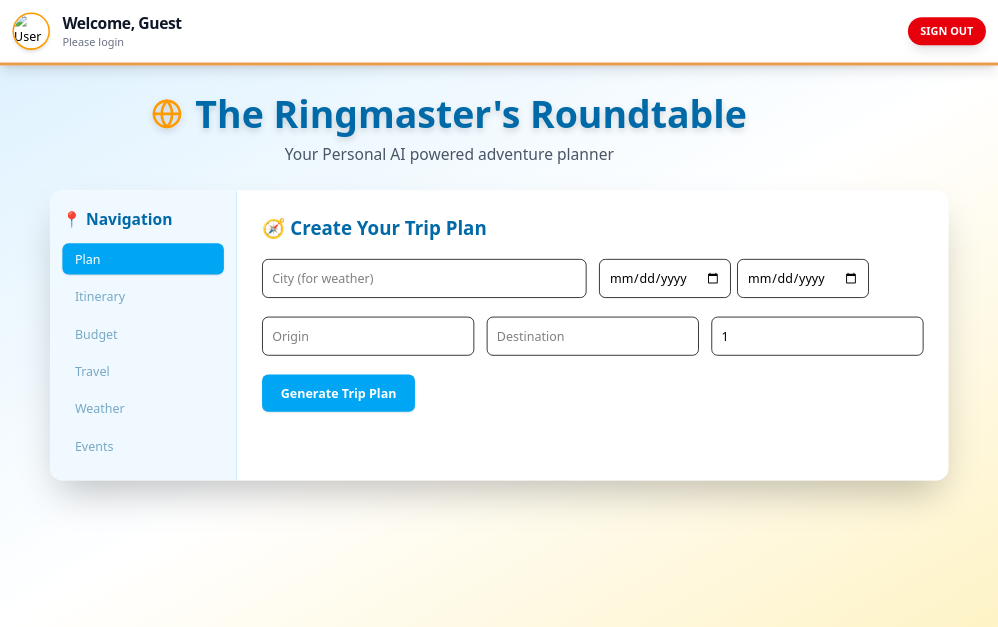
Repository: vega2006/The-Ringmaster-s-Roundtable
Page: /dashboard (app in client/)
An editor plug-in stored every save of this project. The page is shown before and after the next save, followed by the edit.
The browser window is 1280 px wide. The pictures show the whole page, at 78% of full size.
The page's requests for data from a server got no answer. The project was rebuilt for these pictures with package versions that can differ from the ones it lists, and the page was loaded fresh each time. No one was signed in, and anything a server would have sent is missing. Also part of the build but not shown: client/vite.config.js, client/src/components/GoogleLogin.jsx, client/src/components/NotFound.jsx, client/src/components/WeatherContent.jsx, client/src/components/TravelContent.jsx, client/src/components/ItineraryContent.jsx, client/src/components/BudgetContent.jsx, client/src/components/EventsContent.jsx and 1 more.

Above is the page before, as saved 2025-10-08 23:02:11.

After the next save:
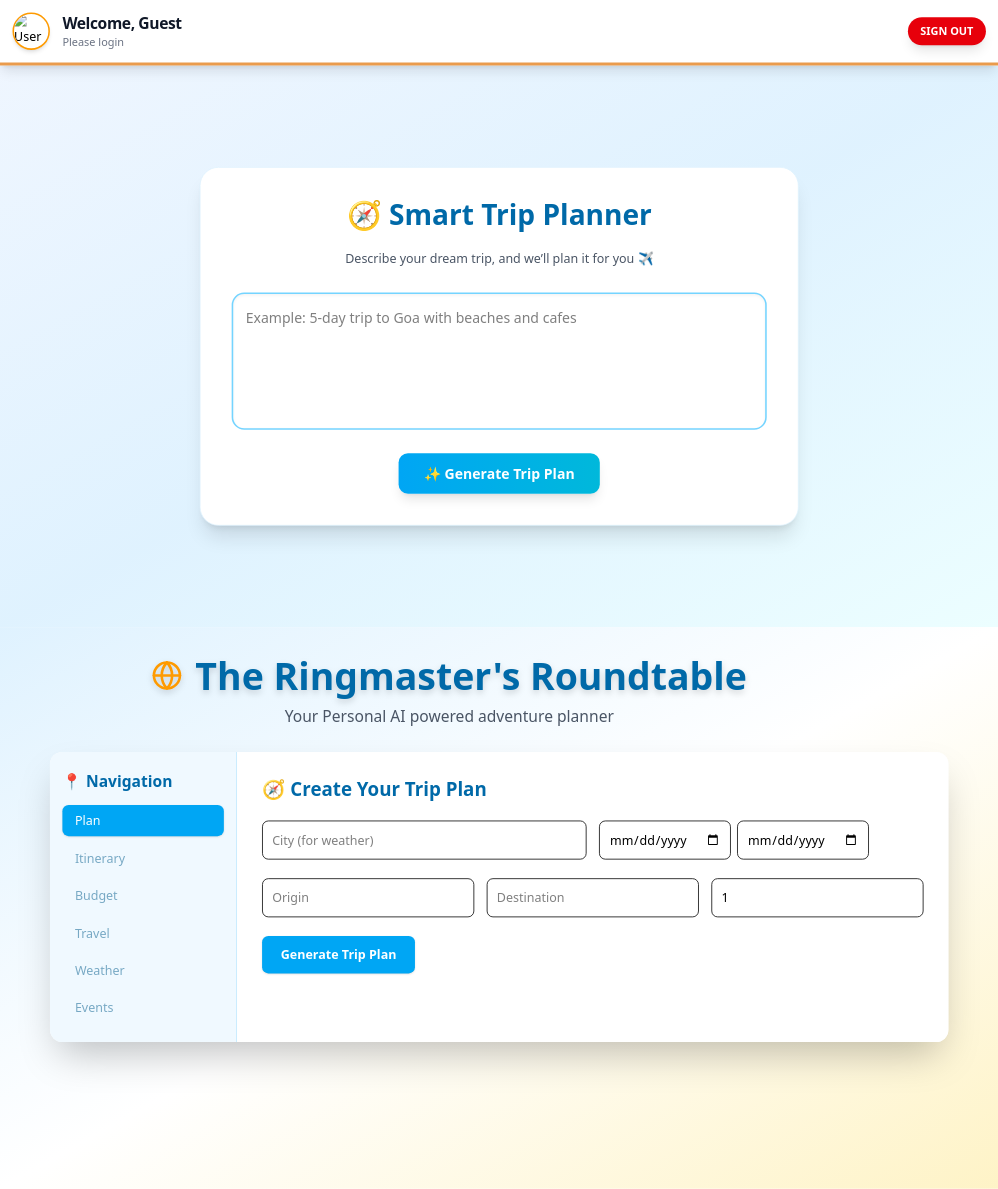
Saved 14 s later.
--- a/client/src/pages/Dashboard.jsx
+++ b/client/src/pages/Dashboard.jsx
@@ -64,6 +64,7 @@ const Dashboard = () => {
             </div>
 
       <TripProvider>
+        <PlanByPrompt/>
         <div className="min-h-screen bg-gradient-to-br from-sky-100 via-white to-amber-100 font-inter">
           <AppHeader />
           <div className="max-w-6xl mx-auto grid grid-cols-1 md:grid-cols-[240px_1fr] bg-white shadow-2xl rounded-2xl overflow-hidden mt-4 mb-8">
